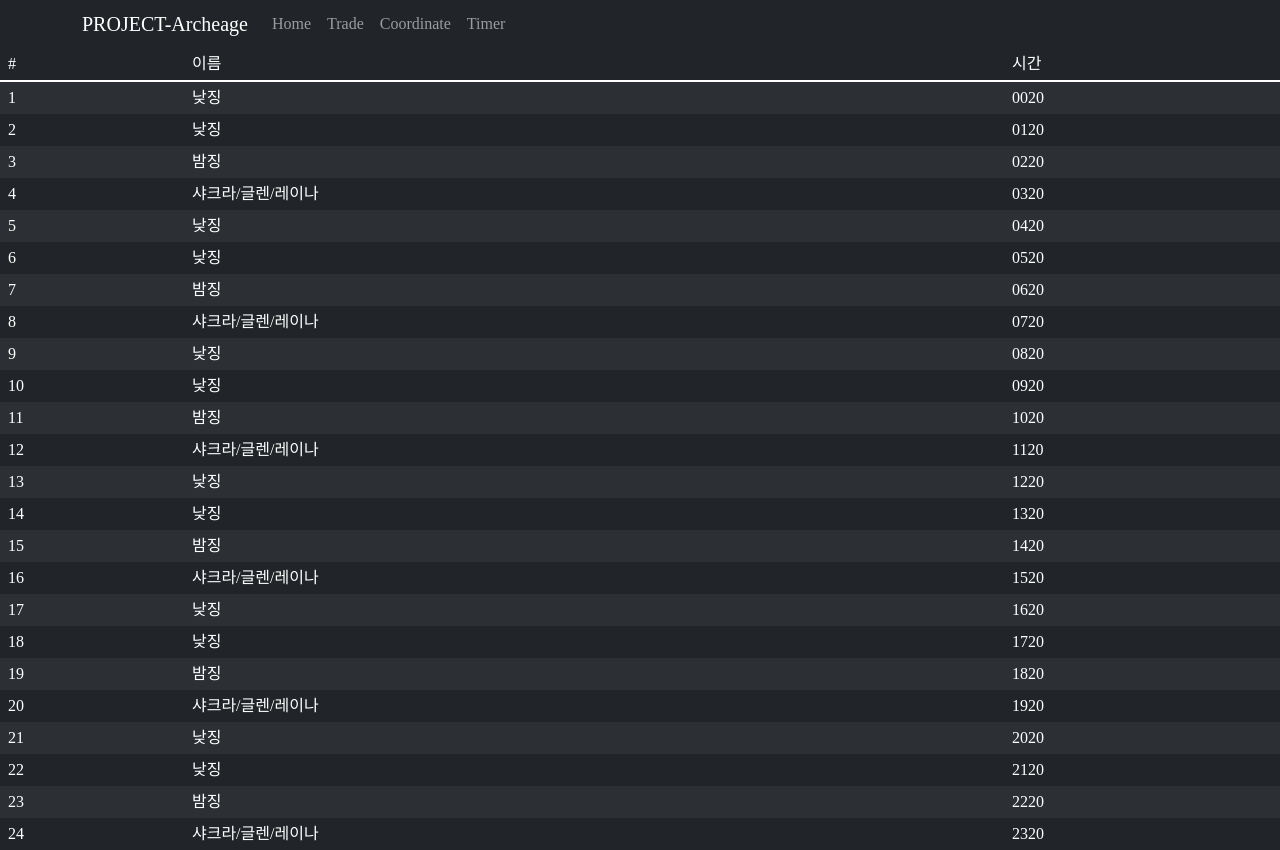
Repository: minsang98/project-archeage
Page: /timer
These files come from the project's save history. The page is drawn as it stood at one moment and after the next save; the edit follows.
The browser window is 1280 px wide. The pictures show the whole page.
The project was rebuilt for these pictures with package versions that can differ from the ones it lists, and the page was loaded fresh each time. Imported but missing from the stored project, and not drawn on this page: src/components/Timer/lol.mp3.

Above is the page before, as saved 2022-01-10 23:14:33.

After the next save:
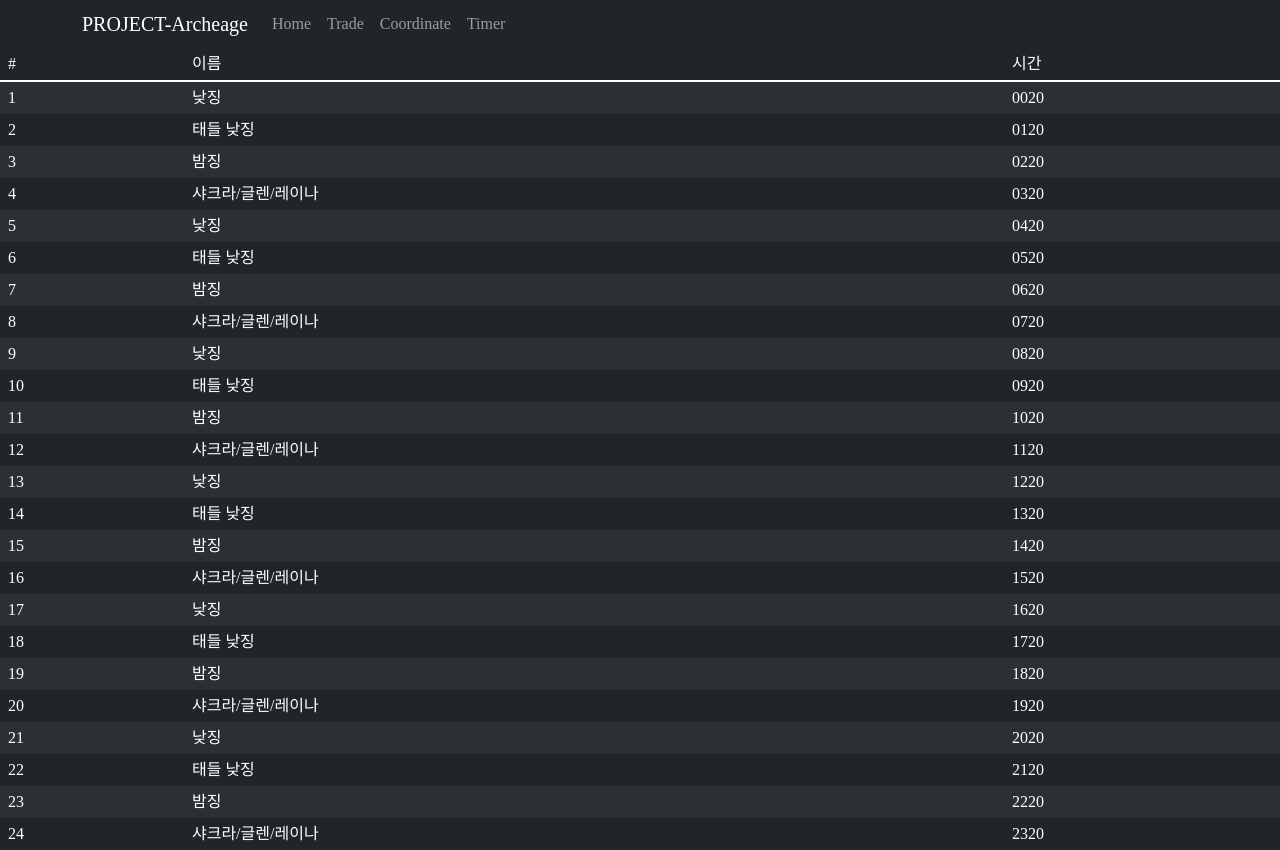
Saved 16 min 24 s later.
--- a/src/components/Timer/Timer.js
+++ b/src/components/Timer/Timer.js
@@ -42,7 +42,13 @@ const Timer = () => {
           {riftRaid.map((v, i) => (
             <tr key={i}>
               <td>{i + 1}</td>
-              <td>{v.name}</td>
+              <td>
+                {['0120', '0520', '0920', '1320', '1720', '2120'].includes(
+                  v.time,
+                )
+                  ? '태들 낮징'
+                  : v.name}
+              </td>
               <td>{v.time}</td>
             </tr>
           ))}
